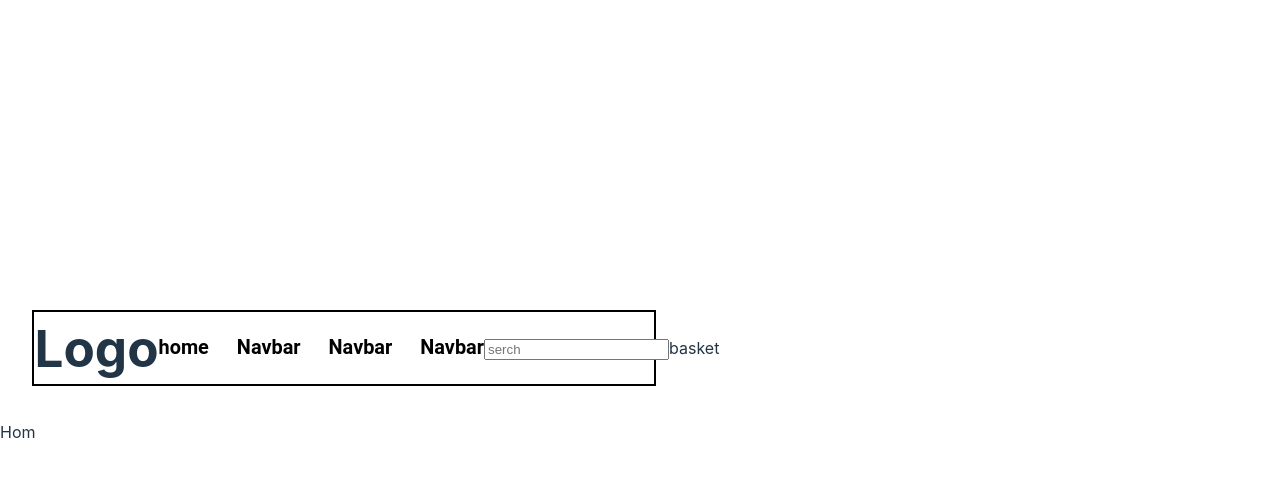
Repository: Islam432/Islam-and-Arsi---team
Page: /
An editor plug-in stored every save of this project. The page is shown before and after a run of saves, followed by the edit.
The browser window is 1280 px wide. The pictures show the whole page.
The project was rebuilt for these pictures with package versions that can differ from the ones it lists, and the page was loaded fresh each time. Also part of the build but not shown: vite.config.js, src/App.css, src/components/Home/Home.module.css, src/components/Comp/Comp.jsx.

Above is the page before, as saved 2023-03-09 23:24:42.

After the next 3 saves:
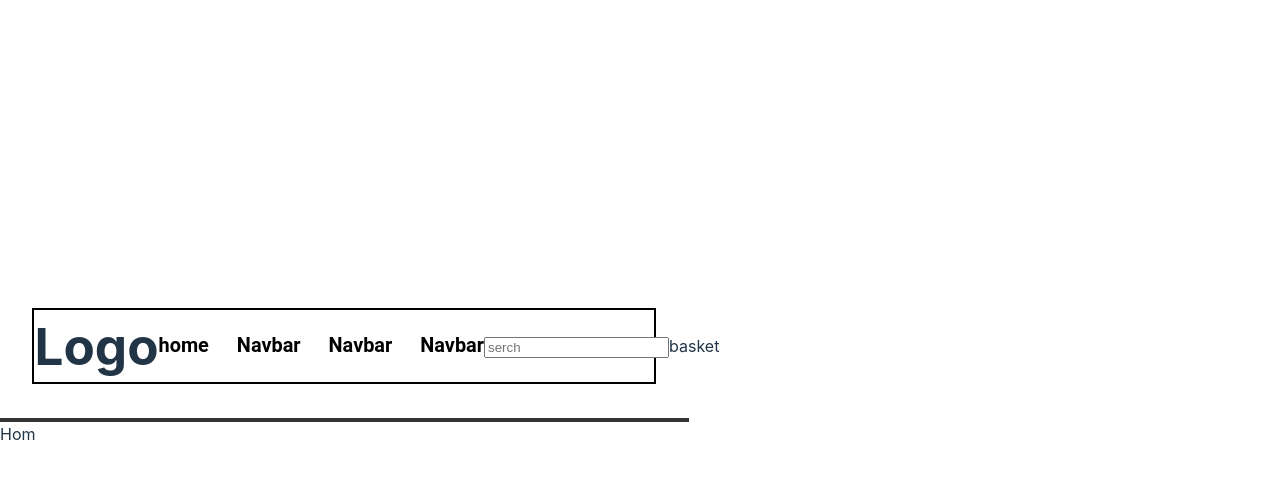
The 3 saves are shown as one change because they came seconds apart.
The last was saved 8 s later.
--- a/src/components/Navbar/Navbar.module.css
+++ b/src/components/Navbar/Navbar.module.css
@@ -5,7 +5,7 @@
   justify-content: center;
   height: 20vh;
   background: #ffffff;
-border-bottom: 1;
+border-bottom: 4px solid #333;
 }
 
 .allnav {
